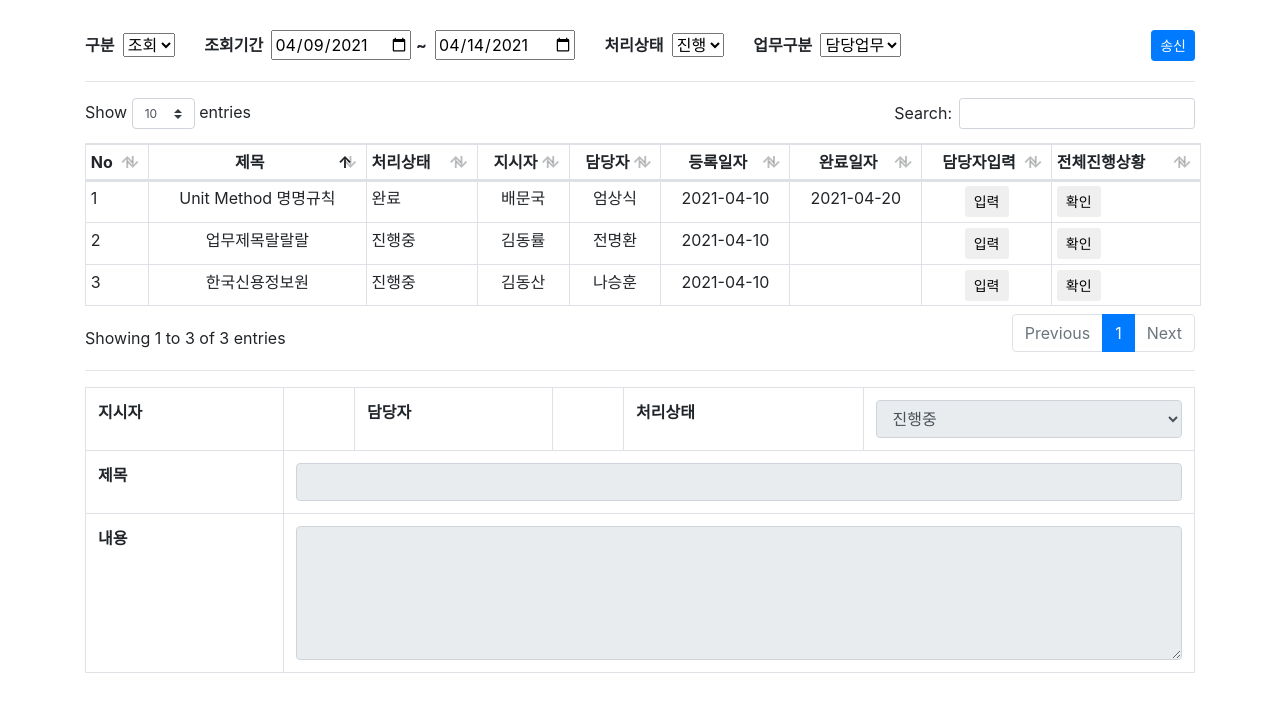
Repository: jungtaeyong/FSB_Project
Page: http://localhost/FsbJobMgt/main.jsp
An editor plug-in stored every save of this project. The page is shown before and after the next save, followed by the edit.
The browser window is 1280 px wide. The pictures show the whole page.
The page is served by Tomcat 9.

Above is the page before, as saved 2021-04-14 08:41:14.

After the next save:
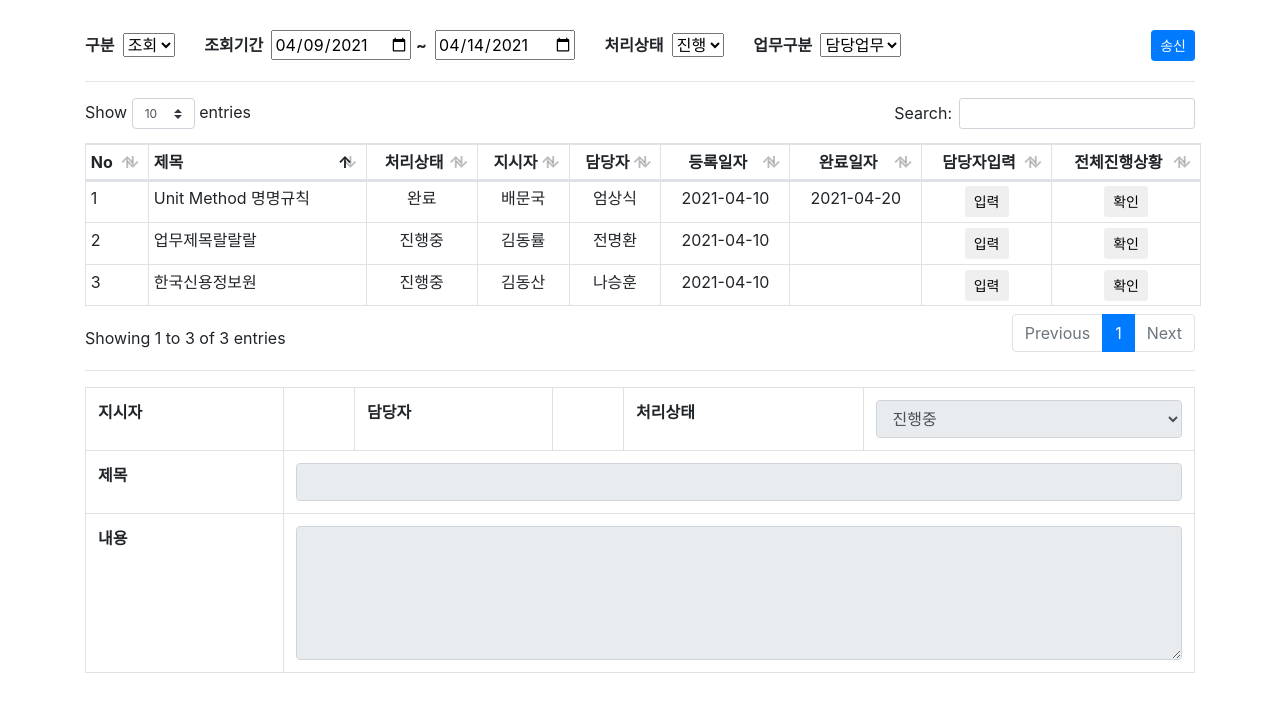
Saved 22 s later.
--- a/FsbJobMgt/WebContent/main.jsp
+++ b/FsbJobMgt/WebContent/main.jsp
@@ -108,7 +108,7 @@ function setTable(){
                 return '<button name="second_btn" class="btn btn-sm btn-default">확인</button>'
             }}
         ],
-        columnDefs: [{ className: 'text-center', targets: [1,3,4,5,6,7] }],
+        columnDefs: [{ className: 'text-center', targets: [2,3,4,5,6,7,8] }],
         order: [[ 1, 'asc' ]]
     } );
 
